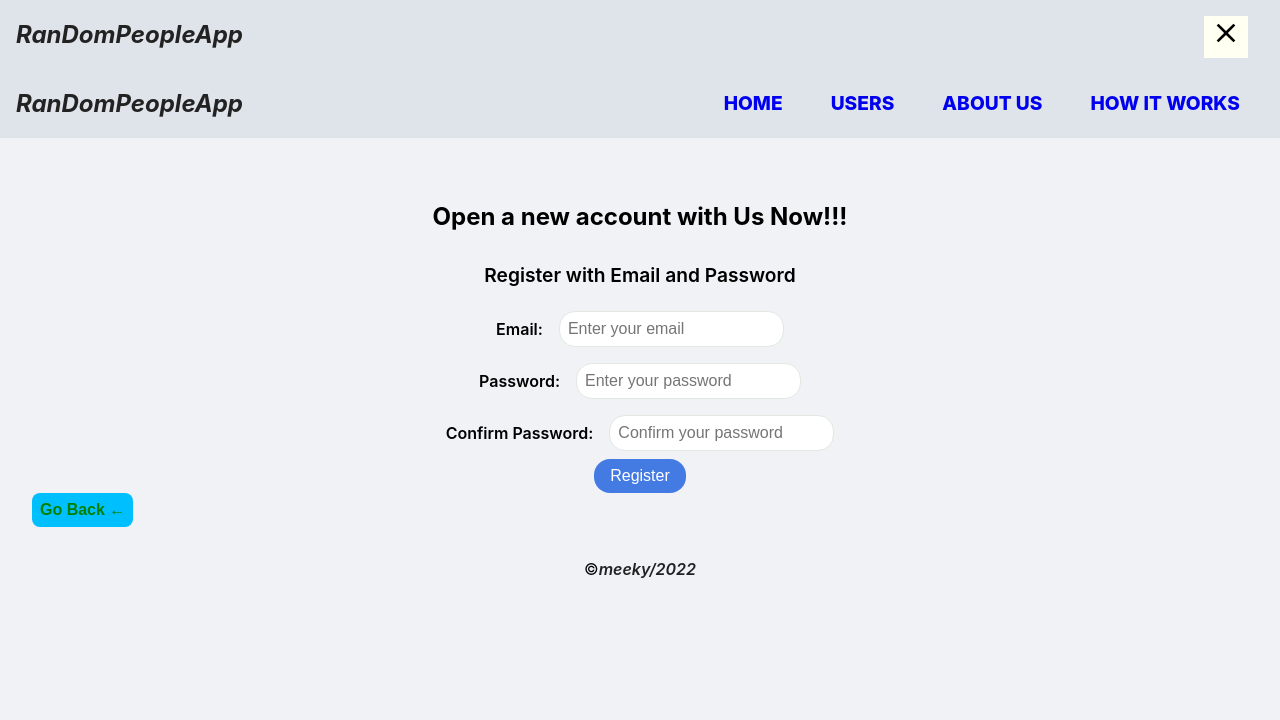
Repository: MikkyPrestige/RandomProfiles
Page: /register, after clicking the first element matching `button.layout--btn`
An editor plug-in stored every save of this project. The page is shown before and after the next save, followed by the edit.
The browser window is 1280 px wide. The pictures show the whole page.
The page's requests for data from a server got no answer. The project was rebuilt for these pictures with package versions that can differ from the ones it lists, and the page was loaded fresh each time. Some packages were replaced by stand-ins written for this rebuild. No one was signed in, and anything a server would have sent is missing. Also part of the build but not shown: src/assets/styles/home.css, src/components/home.jsx, src/assets/styles/users.css, src/components/users.jsx, src/assets/styles/search.css, src/components/search.jsx, src/assets/styles/help.css, src/components/help.jsx and 9 more.

Above is the page before, as saved 2022-12-06 02:17:50.

After the next save:
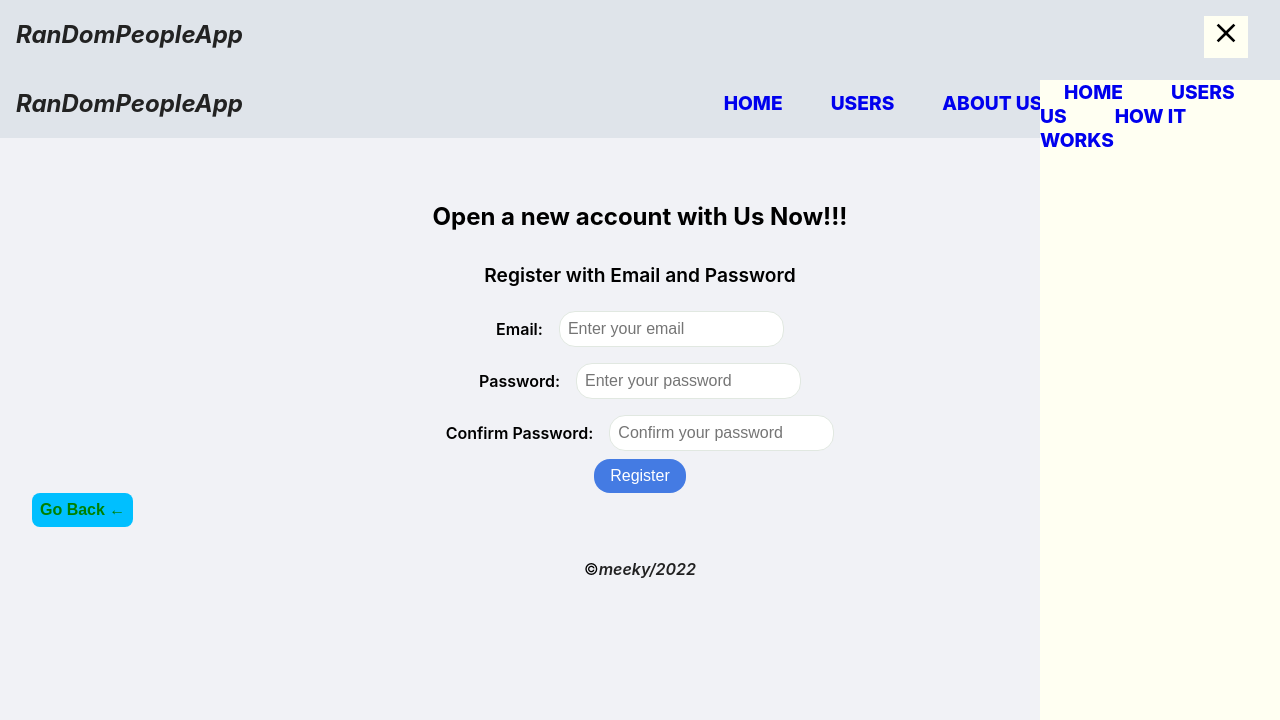
Saved 28 s later.
--- a/src/assets/styles/layout.css
+++ b/src/assets/styles/layout.css
@@ -32,6 +32,15 @@
   overflow: hidden;
 }
 
+.menuNav.showMenu {
+  width: 100%;
+  transition: all 1s ease-in;
+  -webkit-transition: all 1s ease-in;
+  -moz-transition: all 1s ease-in;
+  -ms-transition: all 1s ease-in;
+  -o-transition: all 1s ease-in;
+}
+
 .app-header {
   font-style: italic;
 }
